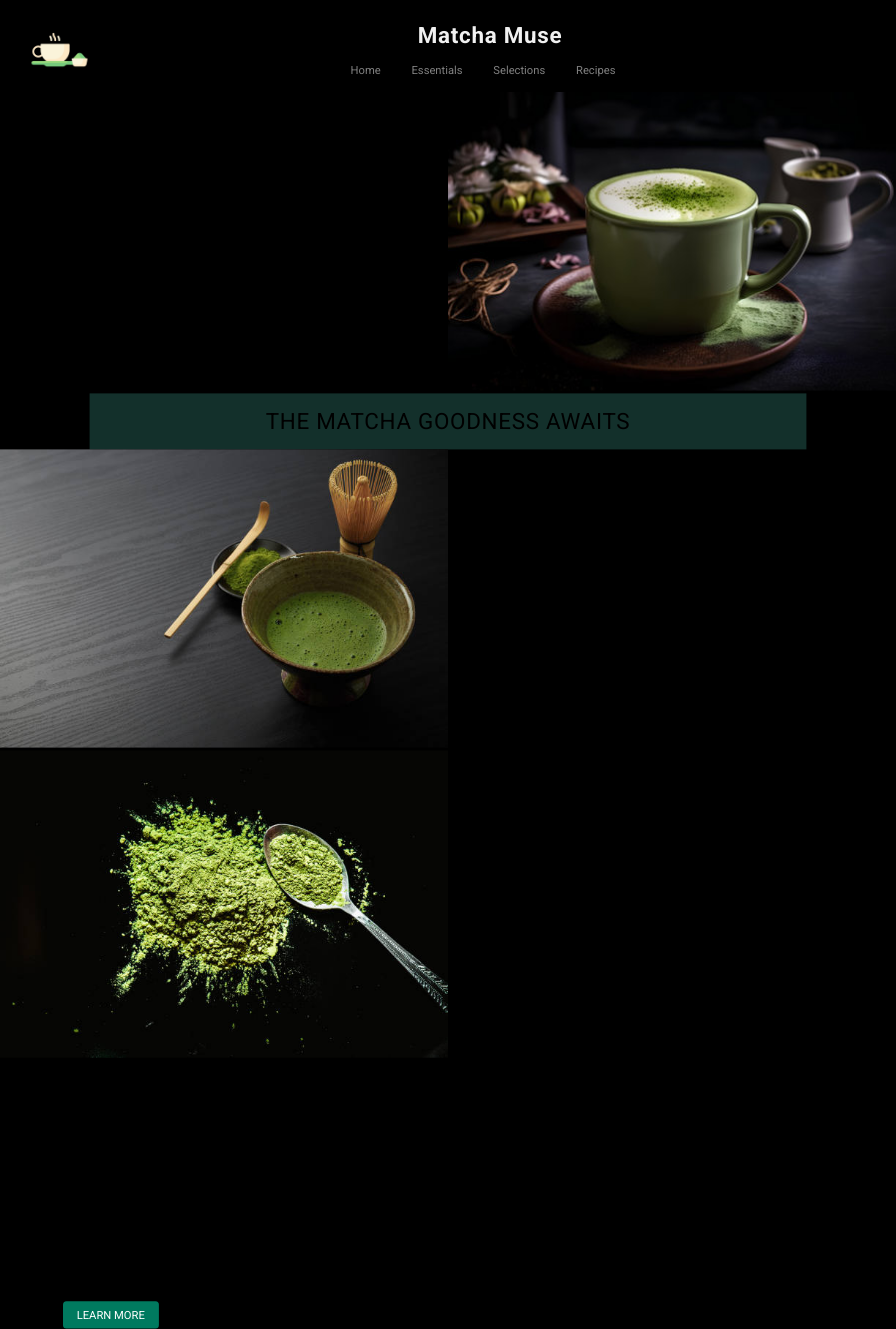
Repository: ericazz17/matchawebsite
Page: main.html
An editor plug-in stored every save of this project. The page is shown before and after the next save, followed by the edit.
The browser window is 1280 px wide. The pictures show the whole page, at 70% of full size.

Above is the page before, as saved 2023-09-20 04:10:58.

### main.html
<!DOCTYPE html>
<html>
<head>
    <title>Matcha Muse</title>
    <link rel="stylesheet" type="text/css" href="main.css">
    <link rel="preconnect" href="https://fonts.googleapis.com">
    <link rel="preconnect" href="https://fonts.gstatic.com" crossorigin>
    <link href="https://fonts.googleapis.com/css2?family=Roboto:wght@400;700&display=swap" rel="stylesheet">
</head>

<body>
    <header class="header">

        <div class="header-container">
            <div id="icon-container">
                <img class="header-icon" src="images/header-icon.png">
            </div>
            <div id="header-name">
                <h1>Matcha Muse</h1>
            </div>
        </div>

        <nav class="topbar">
            <div class="topbardiv">
                <a class="button" href="#home">Home</a>
                <a class="button" href="#essentials">Essentials</a>
                <a class="button" href="#selections">Selections</a>
                <a class="button" href="#recipes">Recipes</a>
            </div>
        </nav>
    </header>

    <div class="center-body">
        <div class="center-text">
            <h2>Welcome to the World of Matcha!</h2>
            <h3>Experience the enchanting world of matcha tea like never before. Discover the rich history, exquisite flavors, and countless health benefits of this green elixir.</h3>
        </div>

        <div class="center-img">
            <img id="matcha-image" src="images/matcha-body.jpeg">
        </div>
    </div>

    <div class="separation-bar">
        <h2 id="separation-text">The Matcha Goodness Awaits</h2>
    </div>


        <div class="bottom-first">
            <div class="bottom-first-img">
                <img id="bf1-img" src="images/matcha-powder.jpeg">
            </div>
            <div class="bottom-first-text">
                <h2 id="bottom-first-h2">A Matcha Lesson</h2>
                <h3 id="bottom-first-h3">Matcha is a vibrant green tea known for its finely ground powder form and unique preparation method. It's prized for its rich cultural history, impressive health benefits, and the calming ritual it offers.</h3>
            </div>
            <div style="clear: both;"></div>
        </div>

        <div class="bottom-second">
            <div class="bottom-second-text">

            </div>

            <div class="bottom-second-img">

            </div>
        </div>

        <div class="bottom-third">

            <div class="bottom-third-img">
                <img id="bf3-img" src="images/dark-powder.jpeg">
            </div>

            <div style="clear: both;"></div>
            <div class="bottom-third-text">
                <h2>Benefits of Drinking Matcha</h2>
                    <div class="benefit-lists">
                        <ul class="benefit-list1">
                            <li>Rich in Antioxidants</li>
                            <li>Enhanced Concentration</li>
                            <li>Natural Energy Boost</li>
                            <li>Metabolism Support</li>
                            <li>Enhanced Mood</li>
                            <li>Natural Relaxation</li>
                            <li>Alkalizing Properties</li>
                            <li>Improved Oral Health</li>

                        </ul>

                        <ul class="benefit-list2">
                            <li>Detoxification</li>
                            <li>Improved Skin Health</li>
                            <li>Enhanced Mood</li>
                            <li>Metabolism Support</li>
                            <li>Heart Health</li>
                            <li>Enhanced Endurance</li>
                            <li>Strengthened Immune System</li>
                            <li>Healthy Blood Sugar Levels</li>
                        </ul>
                    </div>

                    <div class="learn-more-container">
                        <a href="https://matcha.com/pages/matcha-health-benefits" target="_blank" class="learn-more-button">LEARN MORE</a>
                    </div>


            </div>



        </div>









</body>
</html>

### main.css
body {
    background-color: black;
    width: 100%;
    margin-left: 0px;
    margin-right: 0px;
    margin-top: 0px;
    padding: 0px;
}

.header {
    position: sticky;
    top: 0;
    background-color: black;
    color: #f1f1f1;
    padding: 10px;
  }

.header-container{
    max-width: 100%;
    width: 100%;
    text-align: center;
    margin-top: 0px;
    padding: 0px;

}

#header-name{
    text-align: center;
}


h1 {
    font-family: 'Roboto', sans-serif;
    font-size:px;
    letter-spacing: 1px;
}

h2 {
    font-family: 'Roboto', sans-serif;
    font-size:3vw;
    letter-spacing: 1px;
}


h3 {
    font-family: sans-serif;
    font-size:1.5vw;
    letter-spacing: 1px;
    font-weight: 300;
}

#icon-container{
    width: 100px;
    float: left;
    vertical-align: top;
    padding-left: 20px;
}
.header-icon{
    display:flex;
    height:80px;
    margin-left: 15px;
    flex:1;
}
.topbar {

    height: 30px;
    text-align: center;
}
.button {
    color: gray;
    font-family: 'Roboto', sans-serif;
    padding: 10px;
    margin-right: 20px;

}

a {
    text-decoration: none;
}

.button:hover {
    color: white;
    border-color: rgb(61, 35, 13);
    border-width: 1px;
    border-style: solid;
    border-radius: 5px;
}

.button:active {
    color: white;
    border-color: rgb(61, 35, 13);
    border-width: 1px;
    border-style: solid;
    border-radius: 5px;
}

.center-body, .bottom-first, .bottom-third {
    width: 100%;
    margin-left: auto;
    margin-right:auto;
}

.center-text{
    display: block;
    width: 30%;
    float: left;
    padding-left: 10%;
    padding-right: 10%;
    font-family: 'Roboto', sans-serif;
    padding-top: 3%;
}

.bottom-first-text {
    display: block;
    width: 30%;
    float: left;
    padding-left: 5%;
    padding-right: 5%;
    font-family: 'Roboto', sans-serif;
    padding-top: 8%;
}

.bottom-third-text {
    display: block;
    width: 40%;
    float: left;
    padding-left: 5%;
    padding-right: 2%;
    font-family: 'Roboto', sans-serif;
    padding-top: 4%;

}

.benefit-lists {
    display: flex;
    justify-content: space;
}

.benefit-list1, .benefit-list2 {
    width: 45%; /* Adjust this value as needed */
  }

.center-img, .bottom-first-img, .bottom-third-img{
    width: 50%;
    float: left;
    background-size: 100% 100%;
}

.center-img img {
    width: 100%;
    height: 100%;
    display:inline-block;
}

.bottom-first-img img {
    width: 100%;
    height: auto;
    display:inline-block;
}

.bottom-third-img img {
    width: 100%;
    height: auto;
    display:inline-block;
}



.separation-bar {
    background-color: rgb(19, 48, 43);
    display: flex;
    align-items: center;
    justify-content: center;
    height: 80px;
    width: 80%;
    margin-left: 10%;
    margin-right:10%;
  }

  #separation-text {
    font-size:2.5vw;
    text-transform: uppercase;
    font-family: 'roboto',Arial, Helvetica, sans-serif;
    font-weight:100;
  }

  .learn-more-button {
    background-color: #007A5F;
    padding: 10px 20px;
    text-decoration: none;
    color: white;
    border: none;
    text-align: center;
    display: inline-block;
    border-radius: 5px;
}

.learn-more-container {
    margin-left: 5%;
}

After the next save:
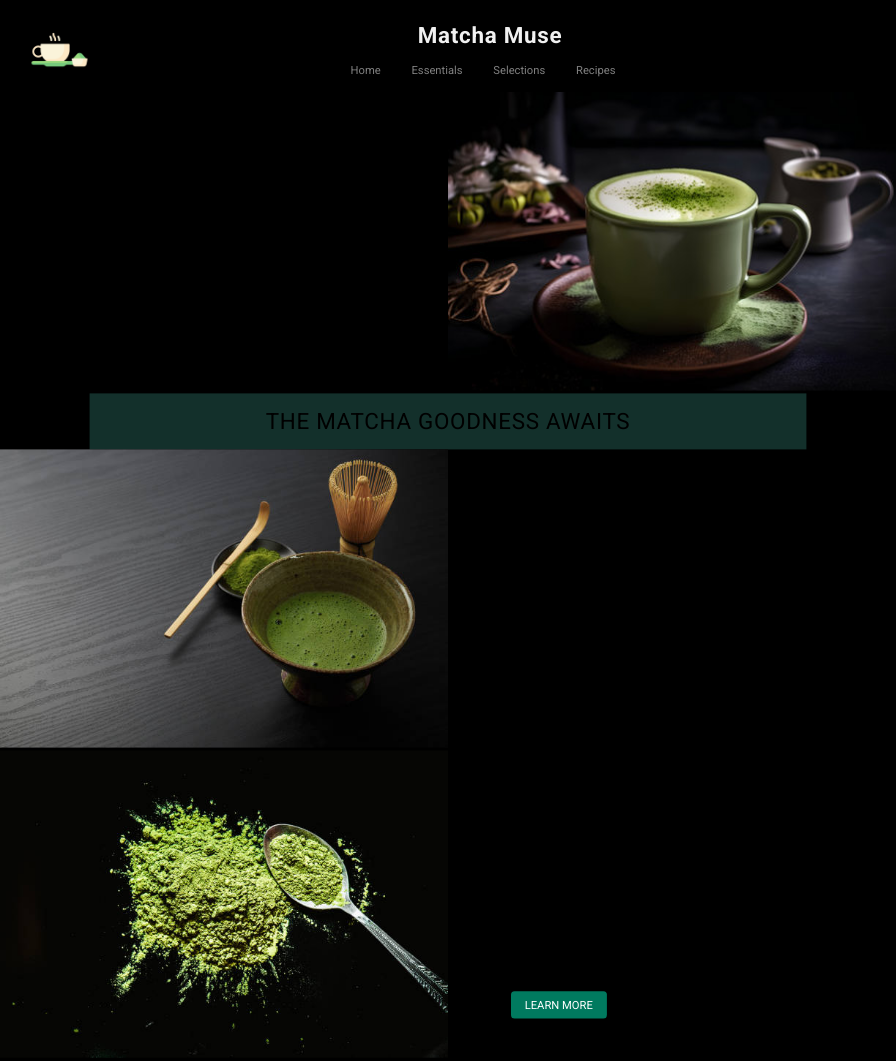
Saved 8 s later.
--- a/main.html
+++ b/main.html
@@ -73,7 +73,7 @@
                 <img id="bf3-img" src="images/dark-powder.jpeg">
             </div>
 
-            <div style="clear: both;"></div>
+
             <div class="bottom-third-text">
                 <h2>Benefits of Drinking Matcha</h2>
                     <div class="benefit-lists">
